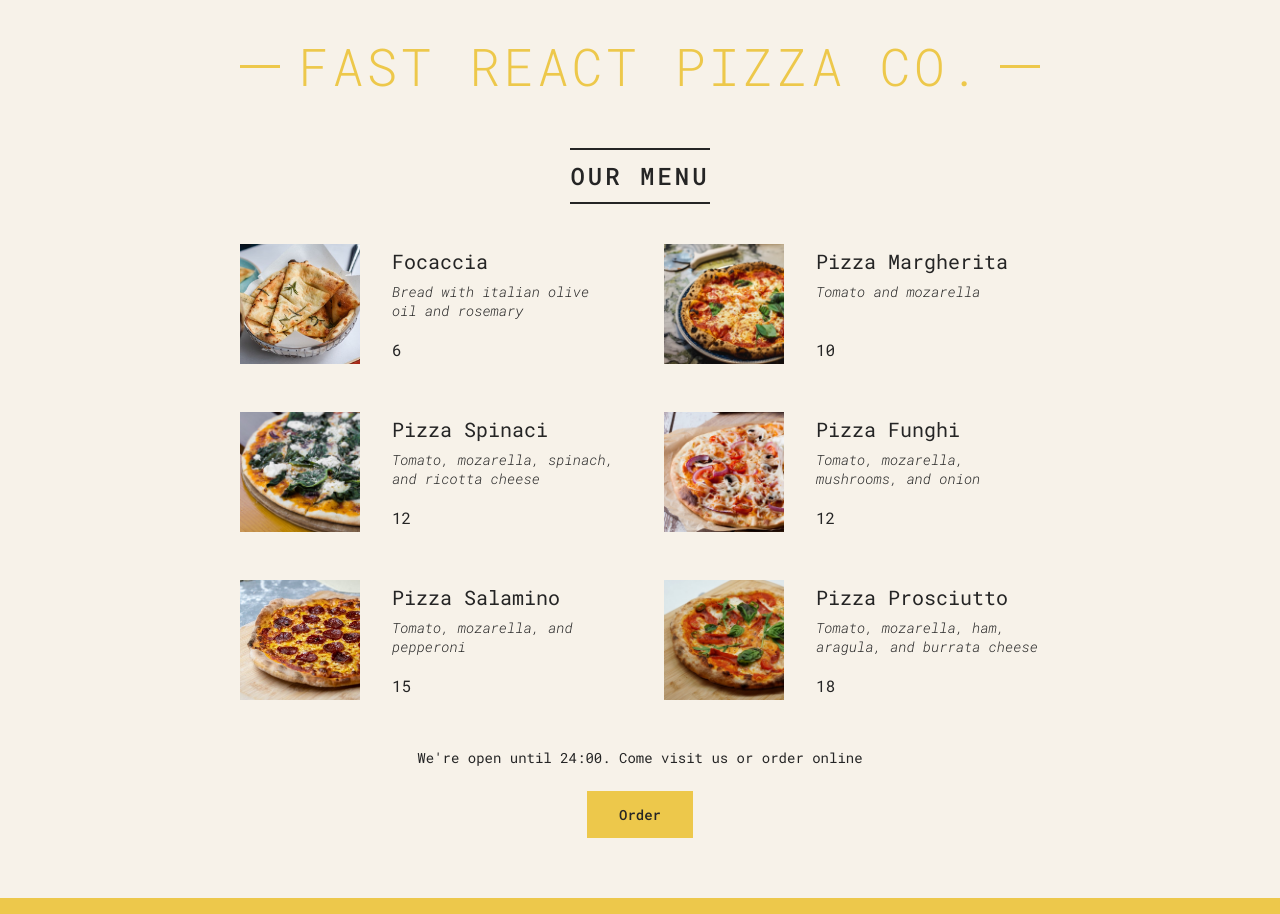
Repository: ahmedharidy/First-React-App
Page: /
The author's editor kept a copy of each file at every save. The page is drawn from the files as they stood at one save, then again after the next save.
The browser window is 1280 px wide. The pictures show the whole page.
The project was rebuilt for these pictures with package versions that can differ from the ones it lists, and the page was loaded fresh each time.

Above is the page before, as saved 2026-09-23 01:25:39.

### src/index.js
import React from "react";
import ReactDOM from "react-dom/client";
import "./index.css";

const pizzaData = [
  {
    name: "Focaccia",
    ingredients: "Bread with italian olive oil and rosemary",
    price: 6,
    photoName: "pizzas/focaccia.jpg",
    soldOut: false,
  },
  {
    name: "Pizza Margherita",
    ingredients: "Tomato and mozarella",
    price: 10,
    photoName: "pizzas/margherita.jpg",
    soldOut: false,
  },
  {
    name: "Pizza Spinaci",
    ingredients: "Tomato, mozarella, spinach, and ricotta cheese",
    price: 12,
    photoName: "pizzas/spinaci.jpg",
    soldOut: false,
  },
  {
    name: "Pizza Funghi",
    ingredients: "Tomato, mozarella, mushrooms, and onion",
    price: 12,
    photoName: "pizzas/funghi.jpg",
    soldOut: false,
  },
  {
    name: "Pizza Salamino",
    ingredients: "Tomato, mozarella, and pepperoni",
    price: 15,
    photoName: "pizzas/salamino.jpg",
    soldOut: true,
  },
  {
    name: "Pizza Prosciutto",
    ingredients: "Tomato, mozarella, ham, aragula, and burrata cheese",
    price: 18,
    photoName: "pizzas/prosciutto.jpg",
    soldOut: false,
  },
];
function App() {
  return (
    <div className="container">
      <Header />
      <Menu />
      <Footer />
    </div>
  );
}

function Header() {
  //   const style = { color: "red", fontSize: "48px", textTransform: "uppercase" };
  const style = {};
  return (
    <header className="header">
      <h1 style={style}>Fast react pizza co.</h1>
    </header>
  );
}
function Menu() {
  const pizzas = pizzaData;
  const numPizzas = pizzas.length;
  return (
    <main className="menu">
      <h2>Our menu</h2>

      {numPizzas > 0 ? (
        <ul className="pizzas">
          {pizzas.map((pizza) => (
            <Pizza pizzaObj={pizza} key={pizza.name} />
          ))}
        </ul>
      ) : (
        <p>We're still working on our menu. please com back later:</p>
      )}

      {/* <Pizza
        name="pizza spinaci"
        ingredient="Bread with italian olive oil and rosemary"
        photoName="pizzas/spinaci.jpg"
        price={10}
      />

      <Pizza
        name="pizza funghi"
        ingredient="Bread with tomato and mushrooms"
        photoName="pizzas/funghi.jpg"
        price={50}
      /> */}
    </main>
  );
}

function Pizza(props) {
  return (
    <li className="pizza">
      <img src={props.pizzaObj.photoName} alt={props.pizzaObj.name}></img>
      <div>
        <h3>{props.pizzaObj.name}</h3>
        <p>{props.pizzaObj.ingredients}</p>
        <span>{props.pizzaObj.price}</span>
      </div>
    </li>
  );
}

function Footer() {
  const hour = new Date().getHours();
  const openHour = 1;
  const closeHour = 24;
  const isOpen = hour >= openHour && hour <= closeHour;
  //   if (hour >= openHour && hour <= closeHour) alert("were currently open!");
  //   else alert("sorry were closed");

  return (
    <footer className="footer">
      {isOpen && (
        <div className="order">
          <p>We're open until {closeHour}:00. Come visit us or order online</p>
          <button className="btn">Order</button>
        </div>
      )}
    </footer>
  );
  //   return React.createElement("footer", null, "we're currently open");
}

const root = ReactDOM.createRoot(document.getElementById("root"));

root.render(<App />);

Loaded but not shown: public/index.html (common file); src/index.css (common file)

After the next save:
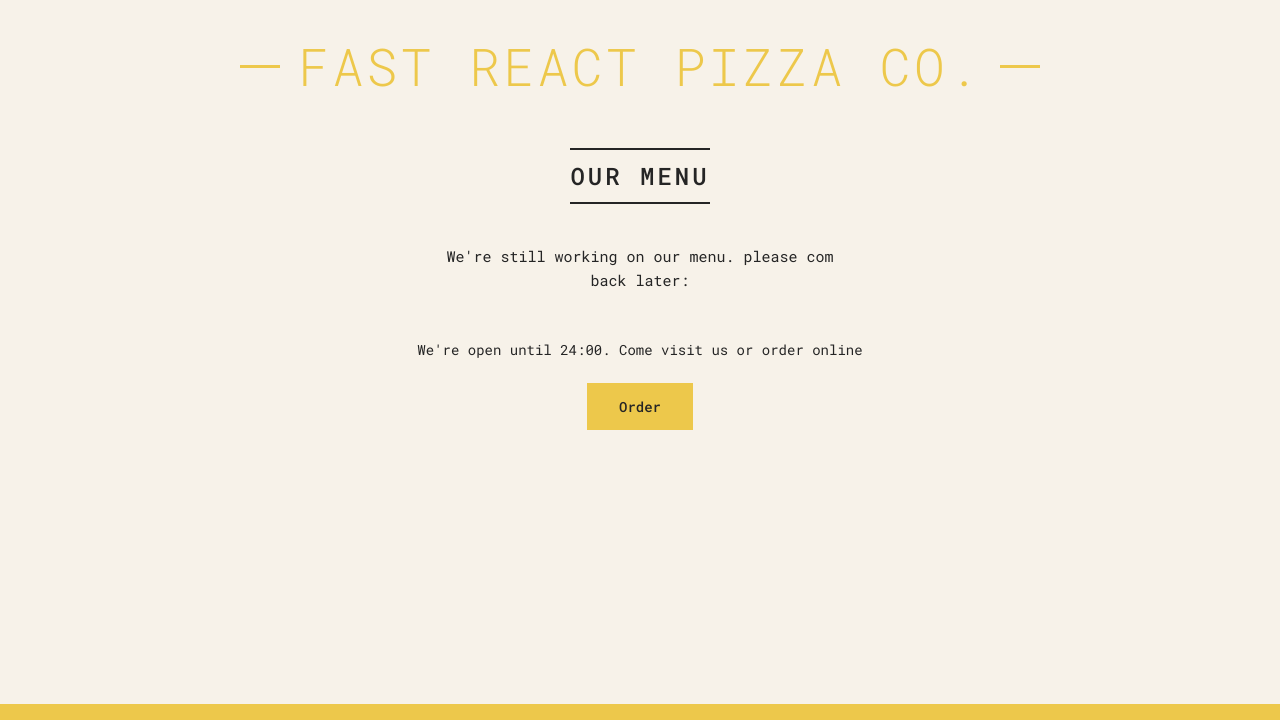
Saved 10 s later.
--- a/src/index.js
+++ b/src/index.js
@@ -72,7 +72,7 @@
     <main className="menu">
       <h2>Our menu</h2>
 
-      {numPizzas > 0 ? (
+      {numPizzas < 0 ? (
         <ul className="pizzas">
           {pizzas.map((pizza) => (
             <Pizza pizzaObj={pizza} key={pizza.name} />

After the 2 saves that followed:
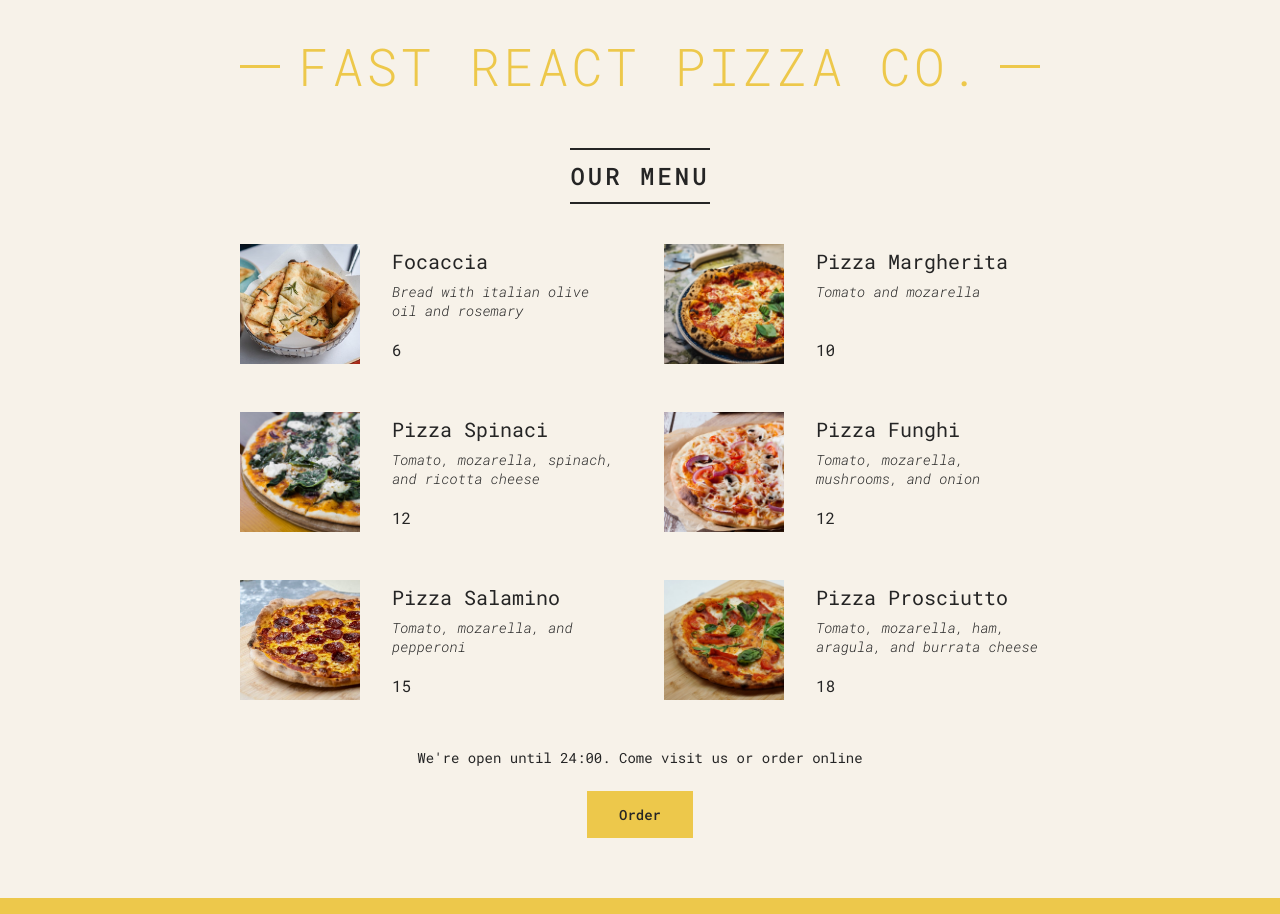
The 2 saves are shown as one change because 1 left the picture as it was.
The last was saved 3 min 19 s later.
--- a/src/index.js
+++ b/src/index.js
@@ -72,7 +72,7 @@
     <main className="menu">
       <h2>Our menu</h2>
 
-      {numPizzas < 0 ? (
+      {numPizzas > 0 ? (
         <ul className="pizzas">
           {pizzas.map((pizza) => (
             <Pizza pizzaObj={pizza} key={pizza.name} />
